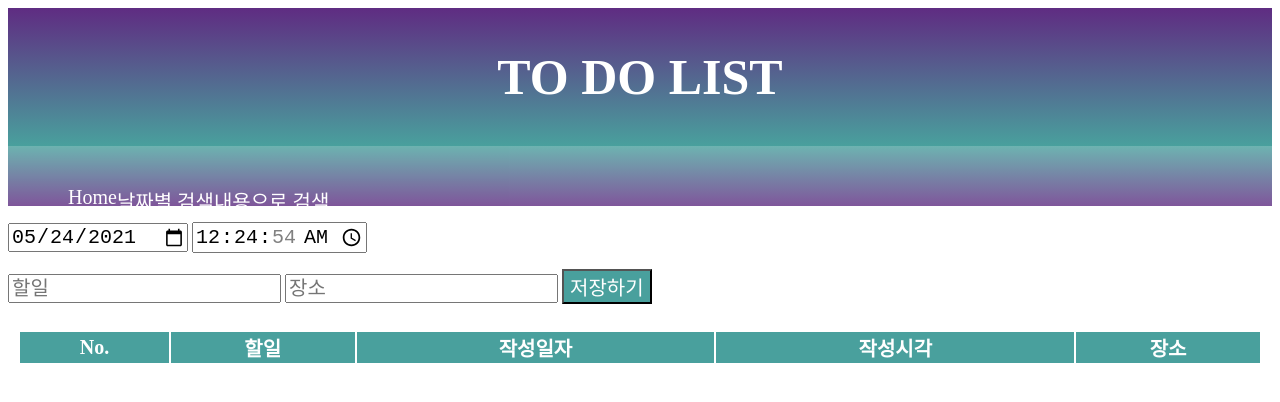
Repository: kimyoungjin98/Exam_Project
Page: http://localhost/Server_PR_TodoList/
These files come from the project's save history. The page is drawn as it stood at one moment and after the next save; the edit follows.
The browser window is 1280 px wide. The pictures show the whole page.
Some web fonts or font styles are not loaded; a fallback is used. The page is served by Tomcat 9. Queries for data that is not in the repository find no rows.

Above is the page before, as saved 2021-05-25 01:38:10.

After the next save:
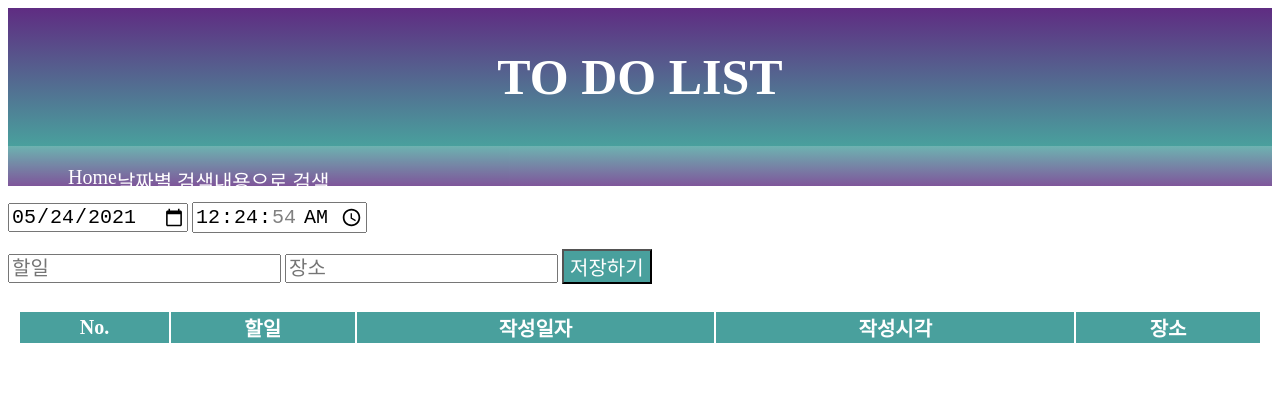
Saved 52 s later.
--- a/Server_PR_TodoList/src/main/webapp/WEB-INF/views/banner.jsp
+++ b/Server_PR_TodoList/src/main/webapp/WEB-INF/views/banner.jsp
@@ -63,6 +63,10 @@ nav {
 
 }
 
+nav ul{
+	margin:0px;
+}
+
 nav li{
 	display:inline-block;
 	list-style:none;
